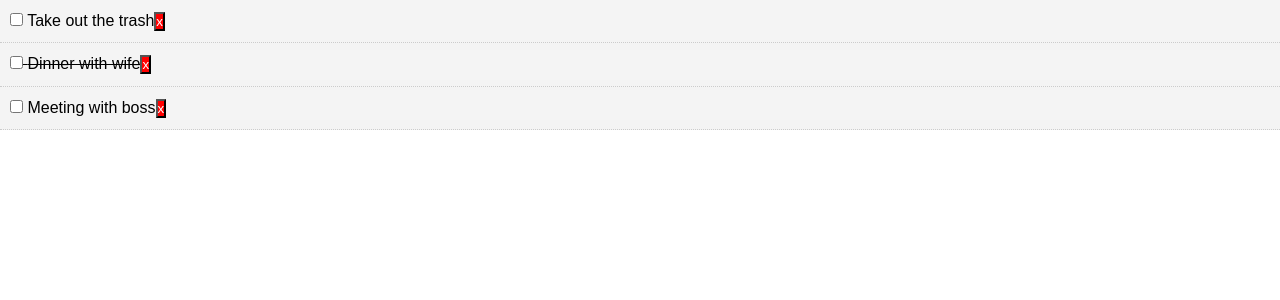
Repository: ChidiChuks/todo-list
Page: /
These files come from the project's save history. The page is drawn as it stood at one moment and after the next save; the edit follows.
The browser window is 1280 px wide. The pictures show the whole page.
The project was rebuilt for these pictures with package versions that can differ from the ones it lists, and the page was loaded fresh each time.

Above is the page before, as saved 2019-10-21 14:10:51.

### public/index.html
<!DOCTYPE html>
<html lang="en">
  <head>
    <meta charset="utf-8" />
    <link rel="icon" href="%PUBLIC_URL%/favicon.ico" />
    <meta name="viewport" content="width=device-width, initial-scale=1" />
    <meta name="theme-color" content="#000000" />
    <meta
      name="description"
      content="Web site created using create-react-app"
    />
    <link rel="apple-touch-icon" href="logo192.png" />

    <link rel="manifest" href="%PUBLIC_URL%/manifest.json" />

    <title>TodoList</title>
  </head>
  <body>
    <noscript>You need to enable JavaScript to run this app.</noscript>
    <div id="root"></div>

  </body>
</html>

### src/App.js
import React, { Component } from 'react';
import Todos from './components/Todos';
import './App.css';

class App extends Component {
  state = {
    todos: [
      {
        id: 1,
        title: 'Take out the trash',
        completed: false
      },
      {
        id: 2,
        title: 'Dinner with wife',
        completed: true
      },
      {
        id: 3,
        title: 'Meeting with boss',
        completed: false
      }
    ]
  }

  // Toggle Complete
  markComplete = (id) => {
    this.setState({ todos: this.state.todos.map(todo => {
      if(todo.id === id) {
        todo.completed = !todo.completed
      }
      return todo;
    }) });
  }

  render() {
    console.log(this.props.todos)
    return (
      <div className="App">
        <Todos todos={this.state.todos} markComplete={this.markComplete} />
      </div>
    );
  }
}

export default App;

### src/components/Todos.js
import React, { Component } from 'react';
import TodoItem from './TodoItem';
import PropTypes from 'prop-types';

class Todos extends Component {

  render() {
    return this.props.todos.map((todo) => (
      <TodoItem key={ todo.id } todo={todo} markComplete={this.props.markComplete} />
    ));
  }
}

// PropTypes
Todos.propTypes = {
  todos: PropTypes.array.isRequired
}

export default Todos;

### src/components/TodoItem.js
import React, { Component } from 'react';
import PropTypes from 'prop-types';

export class TodoItem extends Component {
  getStyle = () => {
    return {
      background: '#f4f4f4',
      padding: '10px',
      borderBottom: '1px #ccc dotted',
      textDecoration: this.props.todo.completed ?  'line-through' : 'none'
    }
  }

  render() {
    const { id, title } = this.props.todo;
    return (
      <div style={this.getStyle()}>
        <p>
          <input type="checkbox" onChange={this.props.markComplete.bind(this, id)}/> { ' ' }
          { title }
          <button style={btnStyle}>x</button>
        </p>
      </div>
    )
  }
}

// PropTypes
TodoItem.propTypes = {
  todo: PropTypes.object.isRequired
}

const btnStyle = {
  background: '#ff0000',
  color: '#fff'
}

export default TodoItem

Loaded but not shown: src/index.js (common file); src/App.css (common file)

After the next save:
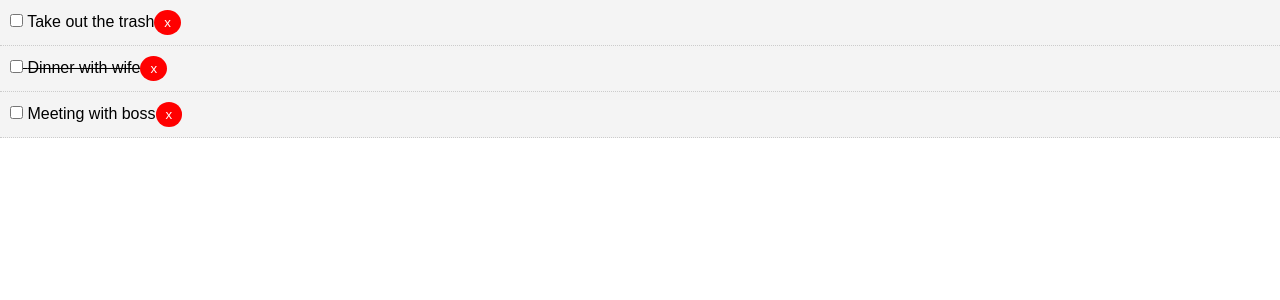
Saved 61 s later.
--- a/src/components/TodoItem.js
+++ b/src/components/TodoItem.js
@@ -32,7 +32,10 @@ TodoItem.propTypes = {
 
 const btnStyle = {
   background: '#ff0000',
-  color: '#fff'
+  color: '#fff',
+  border: 'none',
+  padding: '5px 10px',
+  borderRadius: '50%',
 }
 
 export default TodoItem
